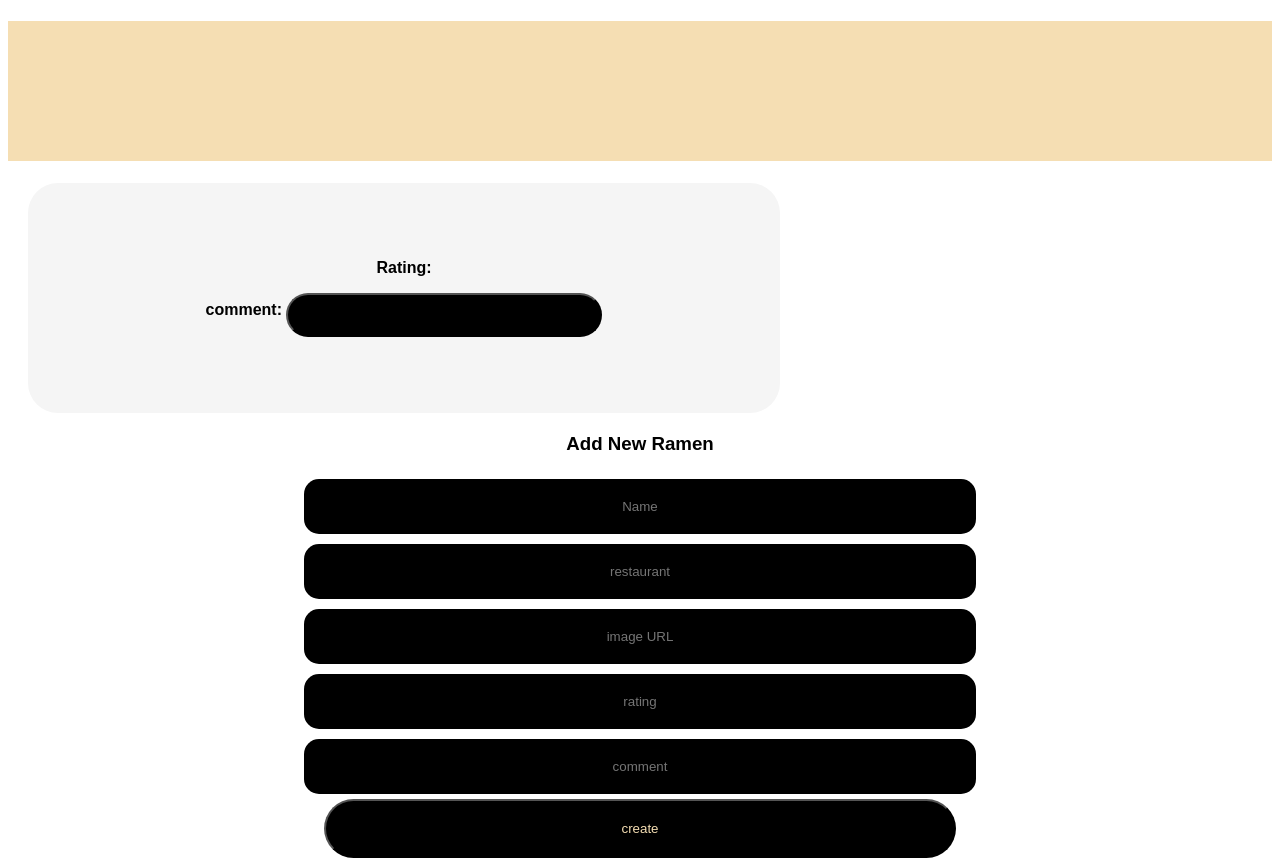
Repository: travinne/travthegr88
Page: code/ramen-rating-app/index.html
An editor plug-in stored every save of this project. The page is shown before and after the next save, followed by the edit.
The browser window is 1280 px wide. The pictures show the whole page.

Above is the page before, as saved 2025-03-19 06:20:05.

### code/ramen-rating-app/index.html
<!DOCTYPE html>
<html lang="en">
<head>
    <meta charset="UTF-8">
    <meta name="viewport" content="width=device-width, initial-scale=1.0">
    <title>Document</title>
    <link rel="stylesheet" href="style.css">
    <script src="js/index.js" defer></script>
</head>
<body>

        <h1 id="title"></h1>
       <div id="main">
        <div id="myImg">
        </div>
        <div >
            <form id="edit-ramen-form">
            <p><strong>Rating:</strong><span id="update Rating"min ="1" max ="5">
            <p><strong>comment:</strong><span id="update comment">
            <button id="delete-ramen"></delete button>
        </div>
        <div>
        <form id="new-ramen-form">
        <h3>Add New Ramen</h3>
        <input type="text" name="name" placeholder="Name"required>
        <input type="text" name="restaurant" placeholder="restaurant"required>
        <input type="url" name="image" placeholder="image URL"required>
        <input type="text" name="rating" placeholder="rating">
        <input type="text" name="comment" placeholder="comment">
        <button type="submit">create</button>
        </form>
        </div>
       </div>
</body>
</html>

### code/ramen-rating-app/style.css
* {
   font-family: Arial, sans-serif;
   text-align: center;


}

h1 {
   background:wheat;
   color:black;
   padding: 70px;
}

#ramen-menu {
   display: flex;
   justify-content: baseline;
   gap: 15px;
   padding: 10px;
   border-bottom: 2px ;

}

#ramen-image{
    height:200px;
    width: 200px;
}

form {
       background:whitesmoke;
       padding: 60px;
       width: 50%;
       margin: 20px ;
       border-radius: 30px;

   }

input {
       width: 50%;
       padding: 20px;
       margin: 5px;
       border: 5px; ;
       border-radius: 15px;
       background-color: black;




      }

button {
          background-color:black;
          color: wheat;
          padding: 20px;
          cursor: pointer;
          border-radius: 30px;
          width: 50%;
}

button:hover {
          background-color:orangered;
      }

Loaded but not shown: code/ramen-rating-app/Js/index.js (no copy from this time; the picture is the same without it)

After the next save:
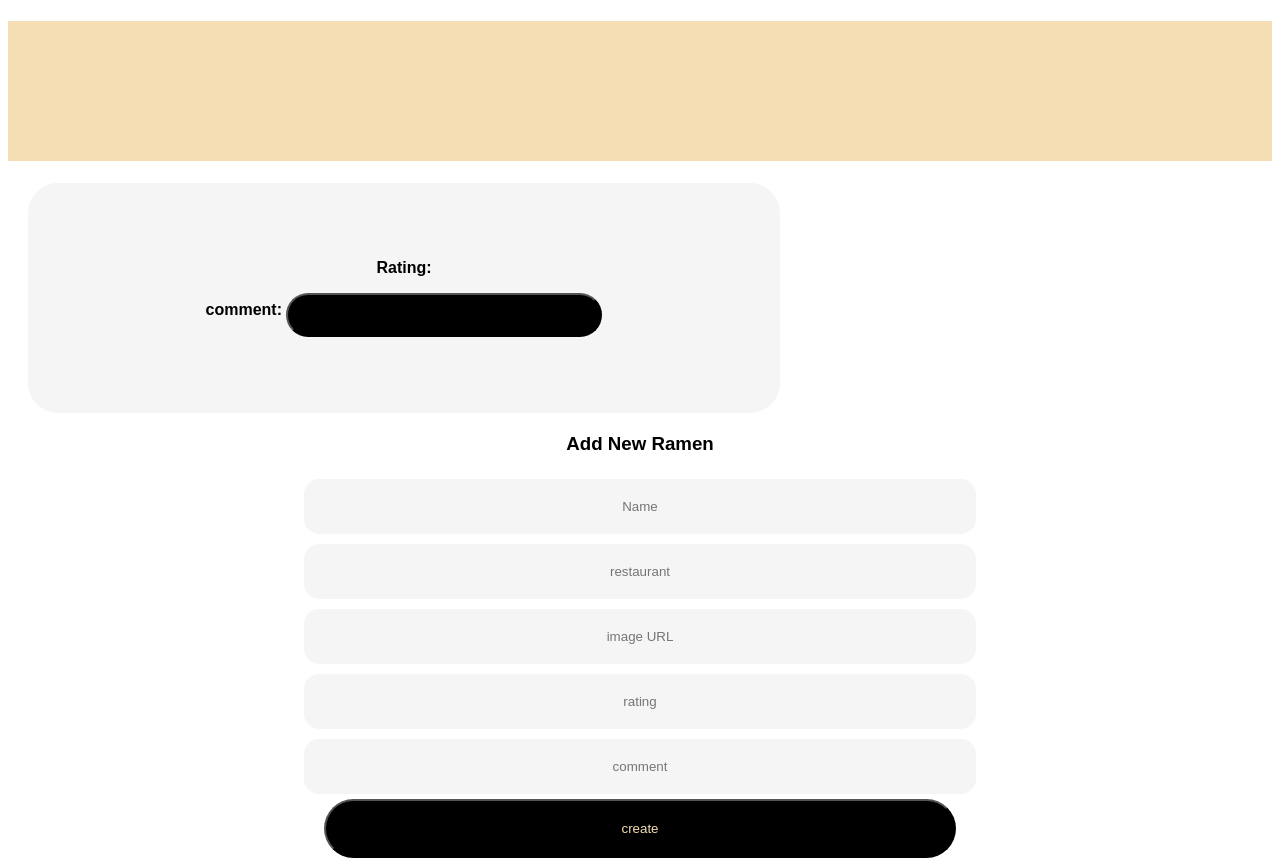
Saved 3 h 51 min later.
--- a/code/ramen-rating-app/style.css
+++ b/code/ramen-rating-app/style.css
@@ -40,7 +40,7 @@
        margin: 5px;
        border: 5px; ;
        border-radius: 15px;
-       background-color: black;
+       background-color: whitesmoke;
 
 
 
